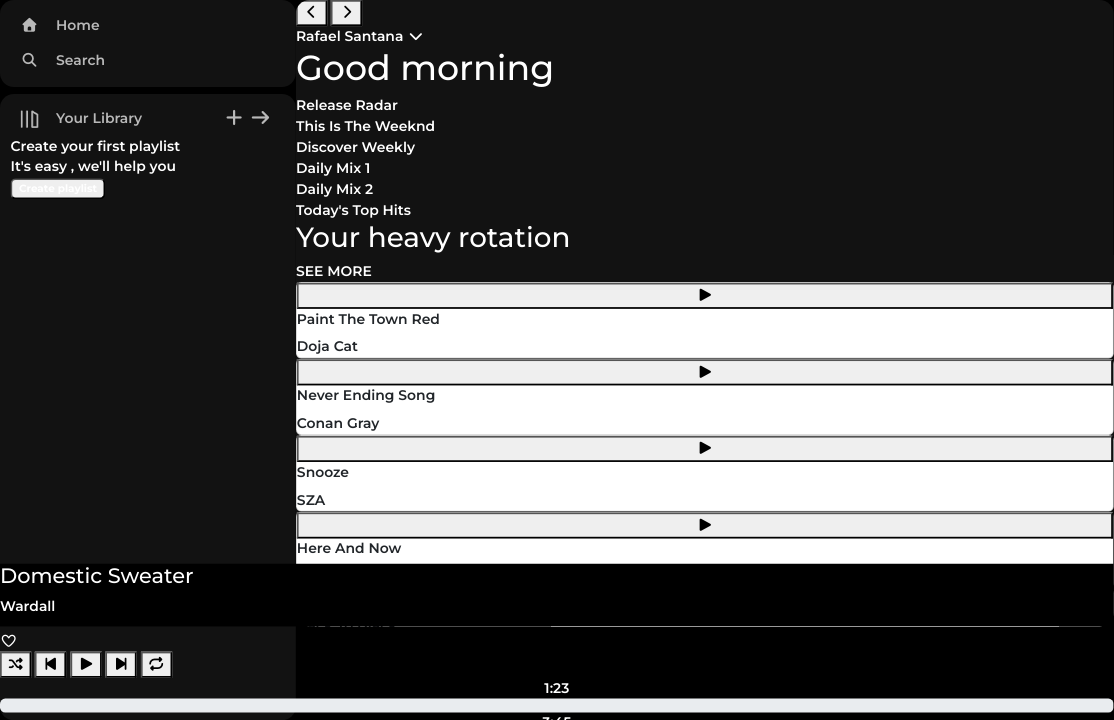
Repository: ketanBisht/spotifyFrontEnd
Page: index.html
These files come from the project's save history. The page is drawn as it stood at one moment and after the next save; the edit follows.
The browser window is 1280 px wide. The pictures show the whole page, at 87% of full size.
An inner scrolling area shows only its first screen. Some web fonts or font styles are not loaded; a fallback is used. Some web libraries are served in a nearby version.

Above is the page before, as saved 2025-08-25 22:42:52.

### index.html
<!DOCTYPE html>
<html lang="en">
<head>
    <meta charset="UTF-8">
    <meta name="viewport" content="width=device-width, initial-scale=1.0">
    <link rel="stylesheet" href="https://cdnjs.cloudflare.com/ajax/libs/font-awesome/7.0.0/css/all.min.css" integrity="sha512-DxV+EoADOkOygM4IR9yXP8Sb2qwgidEmeqAEmDKIOfPRQZOWbXCzLC6vjbZyy0vPisbH2SyW27+ddLVCN+OMzQ==" crossorigin="anonymous" referrerpolicy="no-referrer" />
    <link href="https://cdn.jsdelivr.net/npm/bootstrap@5.3.7/dist/css/bootstrap.min.css" rel="stylesheet" integrity="sha384-LN+7fdVzj6u52u30Kp6M/trliBMCMKTyK833zpbD+pXdCLuTusPj697FH4R/5mcr" crossorigin="anonymous">
    <link rel="stylesheet" href="style.css">
    <link rel="icon" href="./assets/logo.png">
    <title> front end clone</title>
    <link rel="preconnect" href="https://fonts.googleapis.com">
    <link rel="preconnect" href="https://fonts.gstatic.com" crossorigin>
    <link href="https://fonts.googleapis.com/css2?family=Fira+Code:wght@300..700&family=IBM+Plex+Serif:ital,wght@0,100;0,200;0,300;0,400;0,500;0,600;0,700;1,100;1,200;1,300;1,400;1,500;1,600;1,700&family=Libertinus+Serif:ital,wght@0,400;0,600;0,700;1,400;1,600;1,700&family=Montserrat:ital,wght@0,100..900;1,100..900&family=Mukta:wght@200;300;400;500;600;700;800&family=Open+Sans:ital,wght@0,300..800;1,300..800&display=swap" rel="stylesheet">

</head>
<body>
    <div class="main">
        <div class="sideBar">
            <div class="nav">
                <div class="navOption">
                    <i class="fa-solid fa-house"></i>
                    <a href="">Home</a>
                </div>
                <div class="navOption">
                    <i class="fa-solid fa-magnifying-glass"></i>
                    <a href="">Search</a>
                </div>
            </div>
            <div class="library">
                <div class="options">
                    <div class="libOption navOption">
                        <img src="./assets/library_icon.png">
                        <a href="a">Your Library</a>
                    </div>
                    <div class="icons">
                        <i class="fa-solid fa-plus"></i>
                        <i class="fa-solid fa-arrow-right"></i>
                    </div>
                </div>
                <div class="libBox">
                    <div class="box">
                        <div class="box1">Create your first playlist</div>
                        <div class="box2">It's easy , we'll help you</div>
                        <button class="badge">Create playlist</button>

                    </div>
                </div>
            </div>
        </div>
        <div class="mainContent">
            <div class="content-header">
                <div class="nav-arrows">
                    <button class="nav-arrow">
                        <i class="fa-solid fa-chevron-left"></i>
                    </button>
                    <button class="nav-arrow">
                        <i class="fa-solid fa-chevron-right"></i>
                    </button>
                </div>
                <div class="user-menu">
                    <div class="user-profile">
                        <div class="profile-image"></div>
                        <span class="profile-name">Rafael Santana</span>
                        <i class="fa-solid fa-chevron-down"></i>
                    </div>
                </div>
            </div>

            <div class="greeting-section">
                <h1 class="greeting-title">Good morning</h1>

                <div class="quick-picks">
                    <div class="quick-pick-item">
                        <div class="quick-pick-image release-radar"></div>
                        <div class="quick-pick-title">Release Radar</div>
                    </div>
                    <div class="quick-pick-item">
                        <div class="quick-pick-image weeknd"></div>
                        <div class="quick-pick-title">This Is The Weeknd</div>
                    </div>
                    <div class="quick-pick-item">
                        <div class="quick-pick-image discover-weekly"></div>
                        <div class="quick-pick-title">Discover Weekly</div>
                    </div>
                    <div class="quick-pick-item">
                        <div class="quick-pick-image daily-mix-1"></div>
                        <div class="quick-pick-title">Daily Mix 1</div>
                    </div>
                    <div class="quick-pick-item">
                        <div class="quick-pick-image daily-mix-2"></div>
                        <div class="quick-pick-title">Daily Mix 2</div>
                    </div>
                    <div class="quick-pick-item">
                        <div class="quick-pick-image top-hits"></div>
                        <div class="quick-pick-title">Today's Top Hits</div>
                    </div>
                </div>
            </div>

            <div class="section">
                <div class="section-header">
                    <h2 class="section-title">Your heavy rotation</h2>
                    <a href="" class="show-all">SEE MORE</a>
                </div>
                <div class="cards-grid">
                    <div class="card">
                        <div class="card-image paint-town-red"></div>
                        <button class="play-button">
                            <i class="fa-solid fa-play"></i>
                        </button>
                        <div class="card-title">Paint The Town Red</div>
                        <div class="card-description">Doja Cat</div>
                    </div>
                    <div class="card">
                        <div class="card-image never-ending"></div>
                        <button class="play-button">
                            <i class="fa-solid fa-play"></i>
                        </button>
                        <div class="card-title">Never Ending Song</div>
                        <div class="card-description">Conan Gray</div>
                    </div>
                    <div class="card">
                        <div class="card-image snooze"></div>
                        <button class="play-button">
                            <i class="fa-solid fa-play"></i>
                        </button>
                        <div class="card-title">Snooze</div>
                        <div class="card-description">SZA</div>
                    </div>
                    <div class="card">
                        <div class="card-image here-now"></div>
                        <button class="play-button">
                            <i class="fa-solid fa-play"></i>
                        </button>
                        <div class="card-title">Here And Now</div>
                        <div class="card-description">Gilberto Gil</div>
                    </div>
                    <div class="card">
                        <div class="card-image back-black"></div>
                        <button class="play-button">
                            <i class="fa-solid fa-play"></i>
                        </button>
                        <div class="card-title">Back To Black</div>
                        <div class="card-description">Amy Winehouse</div>
                    </div>
                </div>
            </div>
        </div>
    </div>

    <div class="player">
        <div class="player-left">
            <div class="now-playing">
                <div class="now-playing-image"></div>
                <div class="now-playing-info">
                    <h4>Domestic Sweater</h4>
                    <p>Wardall</p>
                </div>
            </div>
            <i class="fa-regular fa-heart heart-icon"></i>
        </div>

        <div class="player-center">
            <div class="controls">
                <button class="control-btn">
                    <i class="fa-solid fa-shuffle"></i>
                </button>
                <button class="control-btn">
                    <i class="fa-solid fa-backward-step"></i>
                </button>
                <button class="control-btn play-btn">
                    <i class="fa-solid fa-play"></i>
                </button>
                <button class="control-btn">
                    <i class="fa-solid fa-forward-step"></i>
                </button>
                <button class="control-btn">
                    <i class="fa-solid fa-repeat"></i>
                </button>
            </div>
            <div class="progress-bar">
                <span class="time">1:23</span>
                <div class="progress">
                    <div class="progress-filled"></div>
                </div>
                <span class="time">3:45</span>
            </div>
        </div>

        <div class="player-right">
            <div class="volume-controls">
                <button class="control-btn">
                    <i class="fa-solid fa-list"></i>
                </button>
                <button class="control-btn">
                    <i class="fa-solid fa-desktop"></i>
                </button>
                <button class="control-btn">
                    <i class="fa-solid fa-volume-high"></i>
                </button>
                <div class="progress" style="width: 80px;">
                    <div class="progress-filled" style="width: 60%;"></div>
                </div>
            </div>
        </div>
    </div>


    <script src="https://cdn.jsdelivr.net/npm/bootstrap@5.3.7/dist/js/bootstrap.bundle.min.js" integrity="sha384-ndDqU0Gzau9qJ1lfW4pNLlhNTkCfHzAVBReH9diLvGRem5+R9g2FzA8ZGN954O5Q" crossorigin="anonymous"></script>
</body>
</html>

### style.css
body{
  font-family: "Montserrat", sans-serif;
  font-optical-sizing: auto;
  font-weight: 512;
  font-style: normal;
  background-color: black;
  color: white;
  overflow: hidden;
}

.main{
    display: flex;
    height: 100vh;
}

.sideBar{
    width: 340px;
    border-radius: 1rem;
    -webkit-border-radius: 1rem;
    -moz-border-radius: 1rem;
    -ms-border-radius: 1rem;
    -o-border-radius: 1rem;
}

.mainContent{
    flex: 1;
    border-radius: 1rem;
    -webkit-border-radius: 1rem;
    -moz-border-radius: 1rem;
    -ms-border-radius: 1rem;
    -o-border-radius: 1rem;
    overflow: auto;
    background-color: #121212;
}

.player{
    position: fixed;
    bottom:0;
    width: 100%;
    height: 72px;
    background-color: black;
}
a{
    text-decoration: none;
    color: white;
}

.nav{
    background-color: #121212;
    border-radius: 1rem;
    -webkit-border-radius: 1rem;
    -moz-border-radius: 1rem;
    -ms-border-radius: 1rem;
    -o-border-radius: 1rem;
    display: flex;
    flex-direction: column;
    justify-content: center;
    height: 100px;
    padding: 0.5rem 0.75rem;
}
.navOption{
    line-height: 2.5rem;
    opacity: 0.7;
    padding-left: 0.75rem;
}

.navOption:hover{
    opacity: 1;
}

.navOption i{
    font: size 1.25rem;
}

.navOption a{
    font-size: 1rem;
    margin-left: 1rem;

}

.library{
    background-color: #121212;
    border-radius: 1rem;
    height: 100%;
    margin-top: 0.5rem;
    padding: 0.5rem 0.75rem;
}

.options{
    display: flex;
    justify-content: space-between;
    align-items: center;
}

.libOption img{
    height: 1.25rem;
    width: 1.25rem;
}

.icons{
    font-size: 1.25rem;
    opacity: 0.7;
    margin-right: 1rem;
    display: felx;
}

.icons:hover{
    opacity: 1;
}

Loaded but not shown: try.css (no stored copy; drawn as an empty file)

After the next save:
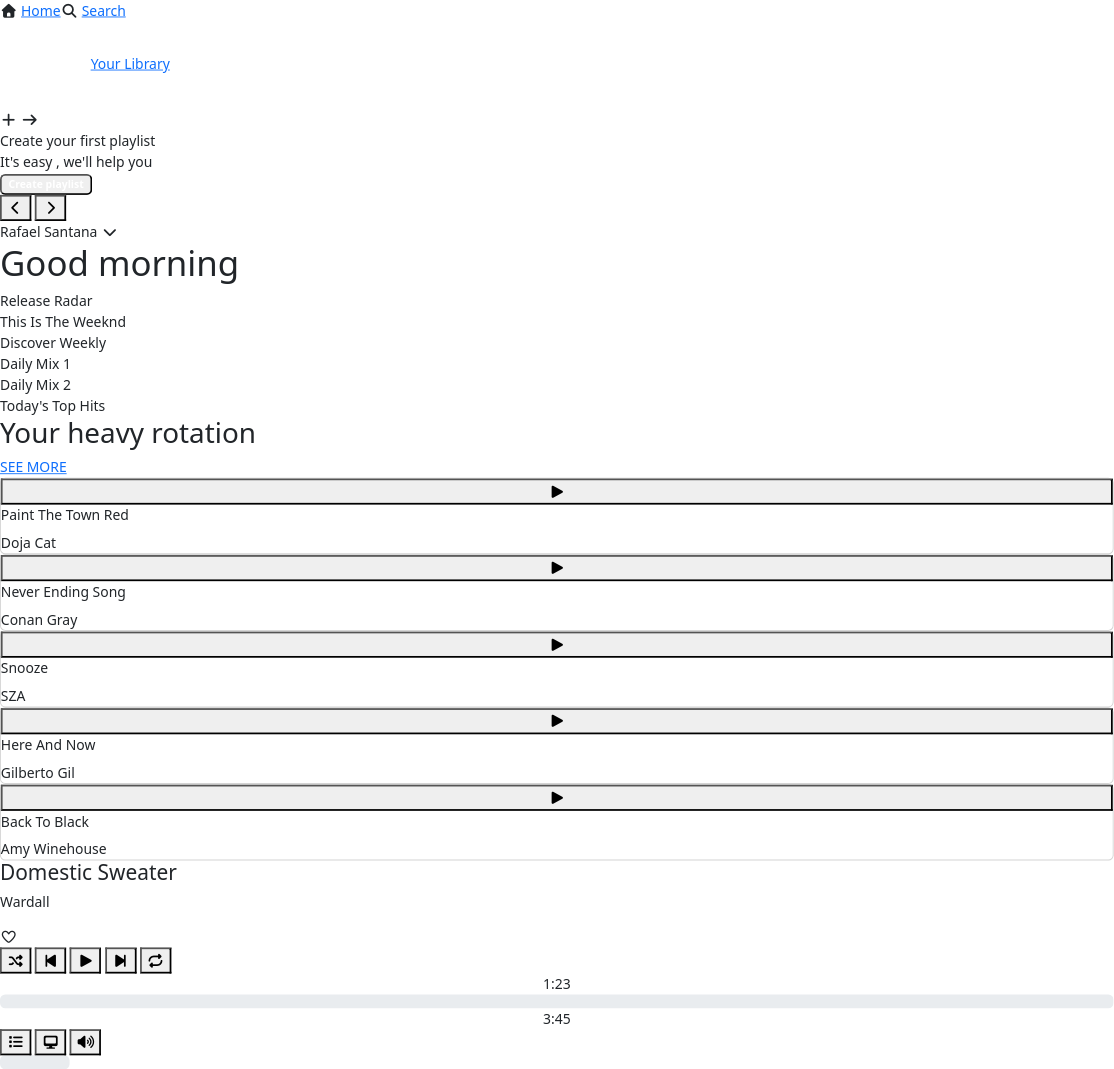
Saved 30 s later.
--- a/index.html
+++ b/index.html
@@ -5,7 +5,7 @@
     <meta name="viewport" content="width=device-width, initial-scale=1.0">
     <link rel="stylesheet" href="https://cdnjs.cloudflare.com/ajax/libs/font-awesome/7.0.0/css/all.min.css" integrity="sha512-DxV+EoADOkOygM4IR9yXP8Sb2qwgidEmeqAEmDKIOfPRQZOWbXCzLC6vjbZyy0vPisbH2SyW27+ddLVCN+OMzQ==" crossorigin="anonymous" referrerpolicy="no-referrer" />
     <link href="https://cdn.jsdelivr.net/npm/bootstrap@5.3.7/dist/css/bootstrap.min.css" rel="stylesheet" integrity="sha384-LN+7fdVzj6u52u30Kp6M/trliBMCMKTyK833zpbD+pXdCLuTusPj697FH4R/5mcr" crossorigin="anonymous">
-    <link rel="stylesheet" href="style.css">
+    <link rel="stylesheet" href="try.css">
     <link rel="icon" href="./assets/logo.png">
     <title> front end clone</title>
     <link rel="preconnect" href="https://fonts.googleapis.com">
